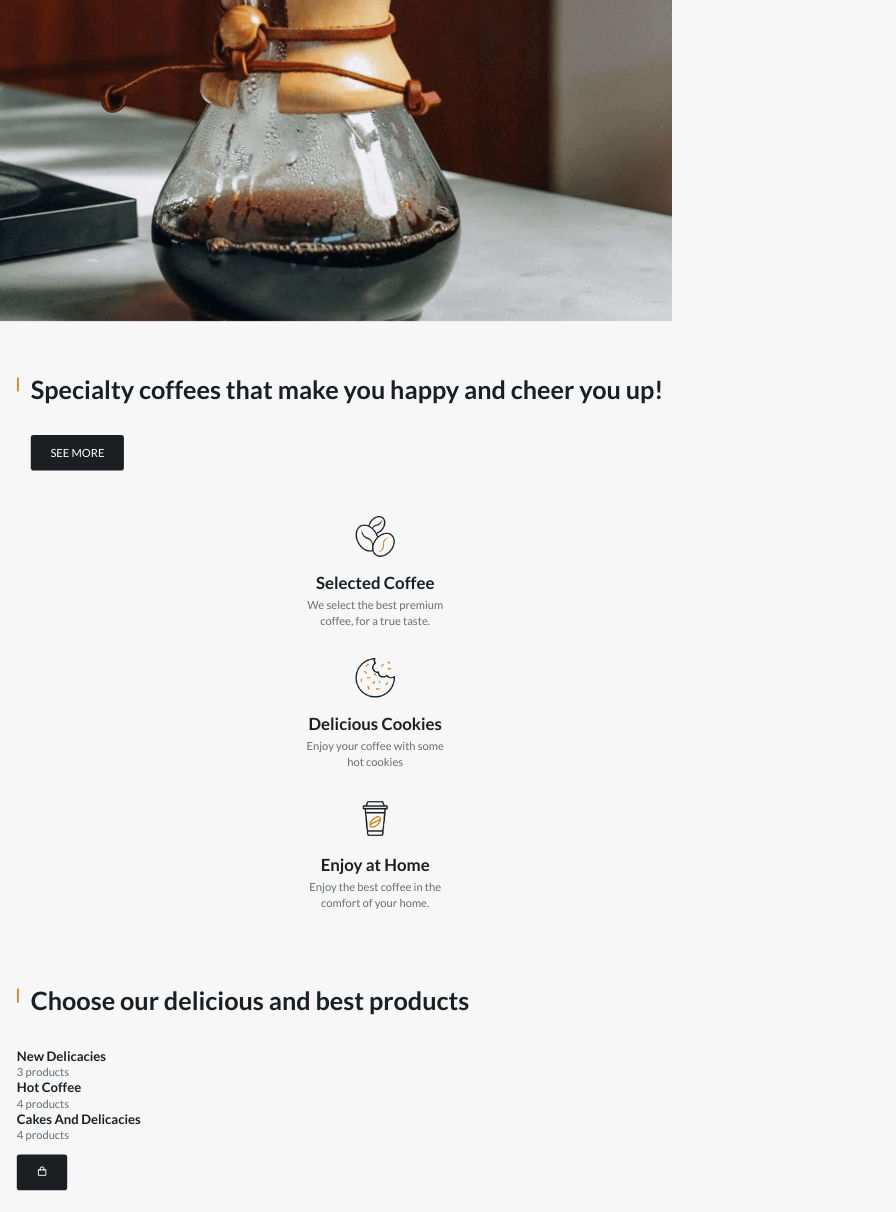
Repository: phong121020/coffee-responsive
Page: index.html
An editor plug-in stored every save of this project. The page is shown before and after the next save, followed by the edit.
The browser window is 1280 px wide. The pictures show the part of the page from y = 1076 to 2996 px (the page is 2808 px tall before and 2996 px after), at 70% of full size.

Above is the page before, as saved 2022-03-07 13:46:15.

After the next save:
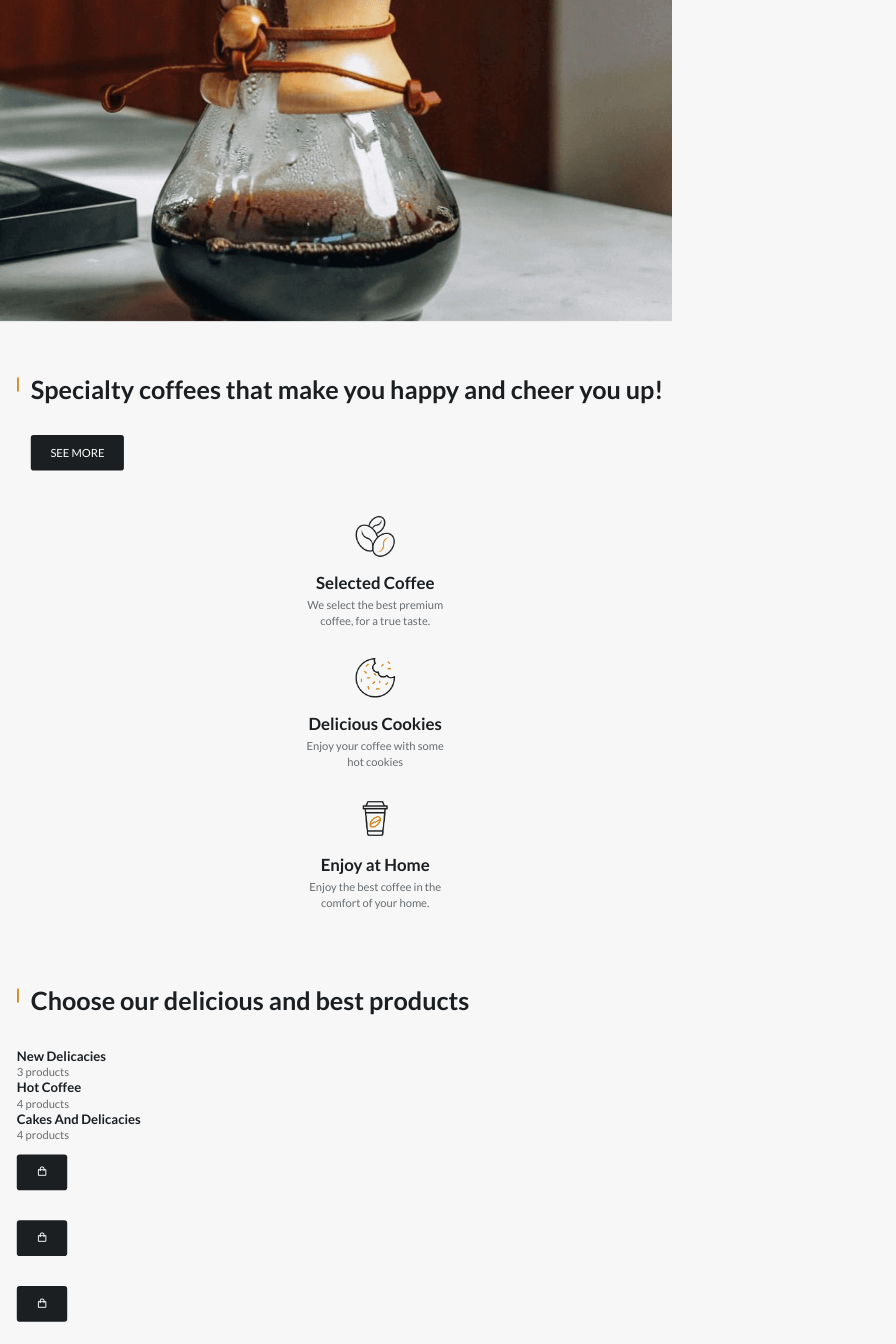
Saved 44 s later.
--- a/index.html
+++ b/index.html
@@ -166,8 +166,31 @@
               </div>
             </article>
             <!-- Coffee -->
-
+            <article class="product__card">
+              <div class="product__shape">
+                <img src="" alt="" class="products__img" />
+              </div>
+              <div class="products__data">
+                <h2 class="products__price"></h2>
+                <h3 class="products__name"></h3>
+                <button class="button products__button">
+                  <i class="bx bx-shopping-bag"></i>
+                </button>
+              </div>
+            </article>
             <!-- Cake -->
+            <article class="product__card">
+              <div class="product__shape">
+                <img src="" alt="" class="products__img" />
+              </div>
+              <div class="products__data">
+                <h2 class="products__price"></h2>
+                <h3 class="products__name"></h3>
+                <button class="button products__button">
+                  <i class="bx bx-shopping-bag"></i>
+                </button>
+              </div>
+            </article>
           </div>
         </div>
       </section>
